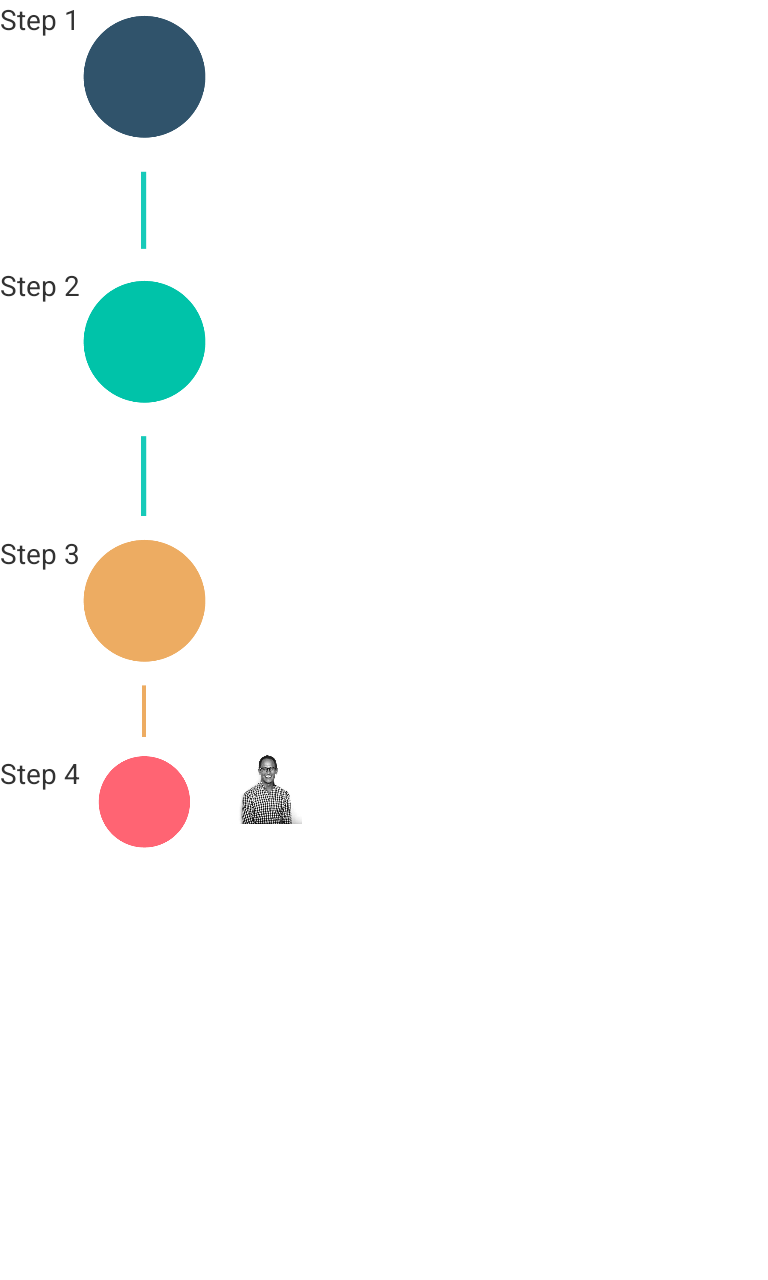
Repository: ladsumit/hackathon
Layout: VisaValetRelaunch/res/layout/user_activity1.xml
The author's editor kept a copy of each file at every save. The layout is drawn from the files as they stood at one save, then again after the next save.
It is drawn on a 768 x 1280 px phone screen (xhdpi) without system bars, with theme AppTheme; the app's code is not run.

Above is the layout before, as saved 2015-05-31 20:14:14.

### VisaValetRelaunch/res/layout/user_activity1.xml
<RelativeLayout xmlns:android="http://schemas.android.com/apk/res/android"
    xmlns:tools="http://schemas.android.com/tools"
    android:layout_width="match_parent"
    android:layout_height="match_parent"
    android:onClick="signup"

    tools:context="com.visa.valet.MainActivity" >

    <LinearLayout
        android:layout_width="wrap_content"
        android:layout_height="wrap_content"
        android:layout_alignParentLeft="true"
        android:layout_alignParentRight="true"
        android:layout_alignParentTop="true"
        android:orientation="vertical" >

        <LinearLayout
            android:layout_width="match_parent"
            android:layout_height="77dp" >

            <TextView
                android:id="@+id/textView1"
                android:layout_width="wrap_content"
                android:layout_height="wrap_content"
                android:text="Step 1" />

            <ImageView
                android:id="@+id/imageView6"
                android:layout_width="64dp"
                android:layout_height="match_parent"
                android:src="@drawable/circle_navy" />

            <ImageView
                android:id="@+id/imageView7"
                android:layout_width="wrap_content"
                android:layout_height="wrap_content"
                android:src="@drawable/empty" />

        </LinearLayout>

        <LinearLayout
            android:layout_width="match_parent"
            android:layout_height="56dp" >

            <ImageView
                android:id="@+id/imageView1"
                android:layout_width="40dp"
                android:layout_height="47dp"
                android:src="@drawable/empty" />

            <ImageView
                android:id="@+id/ImageView07"
                android:layout_width="64dp"
                android:layout_height="match_parent"
                android:src="@drawable/approved" />

            <ImageView
                android:id="@+id/ImageView08"
                android:layout_width="54dp"
                android:layout_height="54dp"
                android:src="@drawable/empty" />
        </LinearLayout>

        <LinearLayout
            android:layout_width="match_parent"
            android:layout_height="76dp" >

            <TextView
                android:id="@+id/textView2"
                android:layout_width="wrap_content"
                android:layout_height="wrap_content"
                android:text="Step 2" />

            <ImageView
                android:id="@+id/ImageView01"
                android:layout_width="64dp"
                android:layout_height="match_parent"
                android:src="@drawable/circle_green" />

            <ImageView
                android:id="@+id/ImageView02"
                android:layout_width="wrap_content"
                android:layout_height="wrap_content"
                android:src="@drawable/empty" />
        </LinearLayout>

        <LinearLayout
            android:layout_width="match_parent"
            android:layout_height="58dp" >

            <ImageView
                android:id="@+id/ImageView09"
                android:layout_width="40dp"
                android:layout_height="47dp"
                android:src="@drawable/empty" />

            <ImageView
                android:id="@+id/ImageView10"
                android:layout_width="64dp"
                android:layout_height="match_parent"
                android:src="@drawable/approved" />

            <ImageView
                android:id="@+id/ImageView11"
                android:layout_width="54dp"
                android:layout_height="54dp"
                android:src="@drawable/empty" />
        </LinearLayout>

        <LinearLayout
            android:layout_width="match_parent"
            android:layout_height="67dp" >

            <TextView
                android:id="@+id/textView3"
                android:layout_width="wrap_content"
                android:layout_height="wrap_content"
                android:text="Step 3" />

            <ImageView
                android:id="@+id/ImageView03"
                android:layout_width="64dp"
                android:layout_height="match_parent"
                android:layout_below="@+id/ImageView01"
                android:src="@drawable/circle_yellow" />

            <ImageView
                android:id="@+id/ImageView04"
                android:layout_width="wrap_content"
                android:layout_height="wrap_content"
                android:src="@drawable/empty" />
        </LinearLayout>

        <LinearLayout
            android:layout_width="match_parent"
            android:layout_height="43dp" >

            <ImageView
                android:id="@+id/ImageView12"
                android:layout_width="40dp"
                android:layout_height="47dp"
                android:src="@drawable/empty" />

            <ImageView
                android:id="@+id/ImageView13"
                android:layout_width="64dp"
                android:layout_height="match_parent"
                android:src="@drawable/yellowline" />

            <ImageView
                android:id="@+id/ImageView14"
                android:layout_width="54dp"
                android:layout_height="54dp"
                android:src="@drawable/empty" />
        </LinearLayout>

        <LinearLayout
            android:layout_width="match_parent"
            android:layout_height="48dp" >

            <TextView
                android:id="@+id/textView4"
                android:layout_width="wrap_content"
                android:layout_height="wrap_content"
                android:text="Step 4" />

            <ImageView
                android:id="@+id/ImageView05"
                android:layout_width="64dp"
                android:layout_height="match_parent"
                android:src="@drawable/circle_red" />

            <ImageView
                android:id="@+id/ImageView06"
                android:layout_width="59dp"
                android:layout_height="35dp"
                android:src="@drawable/lawyer" />
        </LinearLayout>

    </LinearLayout>

</RelativeLayout>

Loaded but not shown: VisaValetRelaunch/res/values/styles.xml (common file)

After the next save:
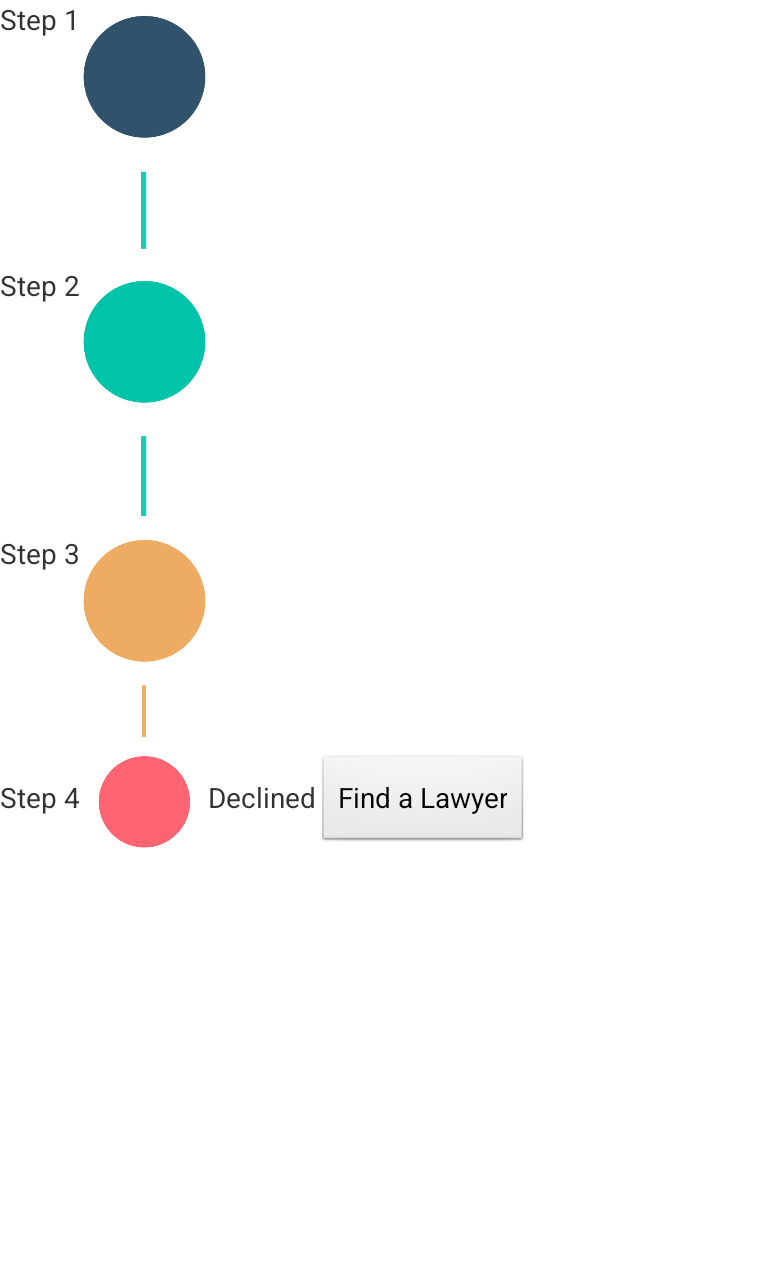
Saved 35 min 20 s later.
--- a/VisaValetRelaunch/res/layout/user_activity1.xml
+++ b/VisaValetRelaunch/res/layout/user_activity1.xml
@@ -170,11 +170,18 @@
                 android:layout_height="match_parent"
                 android:src="@drawable/circle_red" />
 
-            <ImageView
-                android:id="@+id/ImageView06"
-                android:layout_width="59dp"
-                android:layout_height="35dp"
-                android:src="@drawable/lawyer" />
+            <TextView
+                android:id="@+id/textView5"
+                android:layout_width="wrap_content"
+                android:layout_height="wrap_content"
+                android:text="Declined" />
+
+            <Button
+                android:id="@+id/button1"
+                android:layout_width="wrap_content"
+                android:layout_height="wrap_content"
+                android:text="Find a Lawyer" />
+
         </LinearLayout>
 
     </LinearLayout>
